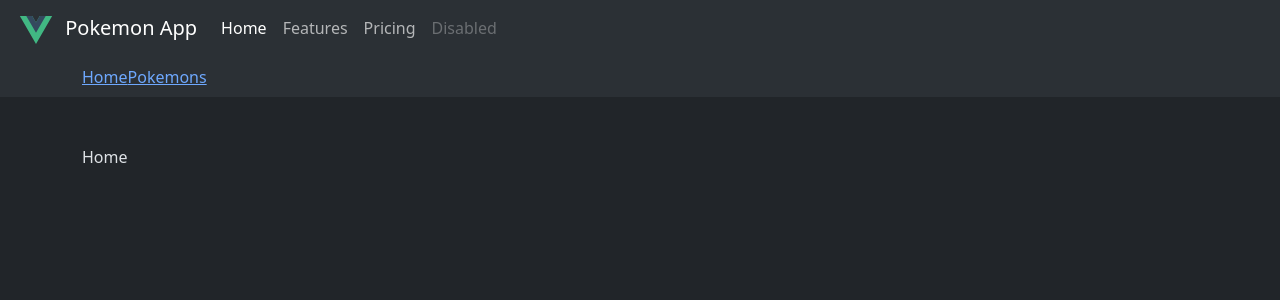
Repository: jjdevzinho/curso-vue-pinia-com-ts-poke-api
Page: /
An editor plug-in stored every save of this project. The page is shown before and after the next save, followed by the edit.
The browser window is 1280 px wide. The pictures show the whole page.
The project was rebuilt for these pictures with package versions that can differ from the ones it lists, and the page was loaded fresh each time. Also part of the build but not shown: vite.config.ts.

Above is the page before, as saved 2024-10-13 08:34:42.

After the next save:
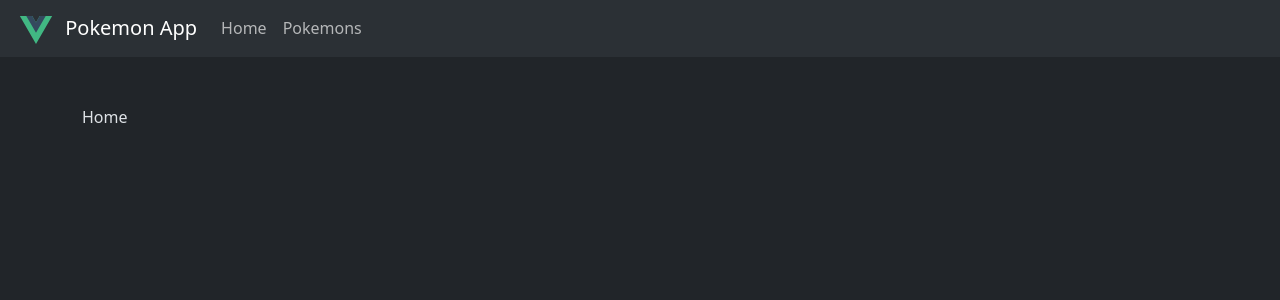
Saved 50 s later.
--- a/src/App.vue
+++ b/src/App.vue
@@ -30,30 +30,15 @@
         <div class="collapse navbar-collapse" id="navbarNav">
           <ul class="navbar-nav">
             <li class="nav-item">
-              <a class="nav-link active" aria-current="page" href="#">Home</a>
+              <RouterLink to="/" exact class="nav-link">Home</RouterLink>
             </li>
             <li class="nav-item">
-              <a class="nav-link" href="#">Features</a>
-            </li>
-            <li class="nav-item">
-              <a class="nav-link" href="#">Pricing</a>
-            </li>
-            <li class="nav-item">
-              <a class="nav-link disabled" aria-disabled="true">Disabled</a>
+              <RouterLink to="/pokemons" class="nav-link">Pokemons</RouterLink>
             </li>
           </ul>
         </div>
       </div>
     </nav>
-
-    <div class="navbar navbar-expand-lg bg-body-tertiary">
-      <nav class="container">
-        <ul class="navbar-nav">
-          <RouterLink to="/" exact>Home</RouterLink>
-          <RouterLink to="/pokemons">Pokemons</RouterLink>
-        </ul>
-      </nav>
-    </div>
   </header>
   <main class="container my-5">
     <RouterView />
